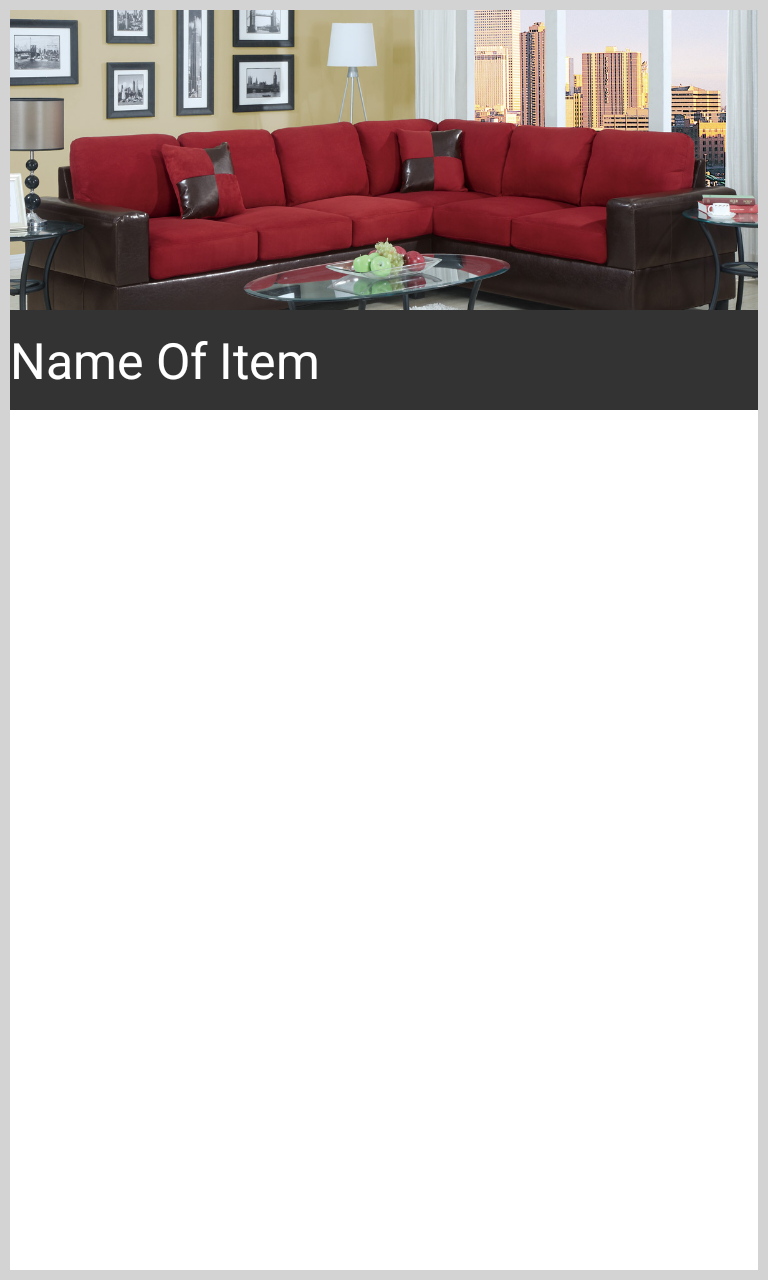
Repository: specialFX16/College-List
Layout: AndroidApp/CollegeList/res/layout/list_view_card.xml
The author's editor kept a copy of each file at every save. The layout is drawn from the files as they stood at one save, then again after the next save.
It is drawn on a 768 x 1280 px phone screen (xhdpi) without system bars, with theme AppTheme; the app's code is not run.

Above is the layout before, as saved 2015-03-03 02:56:05.

### AndroidApp/CollegeList/res/layout/list_view_card.xml
<?xml version="1.0" encoding="utf-8"?>
<FrameLayout xmlns:android="http://schemas.android.com/apk/res/android"
    android:layout_width="match_parent"
    android:layout_height="match_parent"
    android:paddingLeft="5dp"
    android:paddingRight="5dp"
    android:paddingTop="5dp"
    android:paddingBottom="5dp"
    android:background="#d3d3d3"
    >

    <RelativeLayout
        android:layout_width="match_parent"
        android:layout_height="match_parent"
        android:background="#ffffff"
         >

        <ImageView
            android:id="@+id/main_list_image"
            android:layout_width="match_parent"
            android:layout_height="200dp"
            android:layout_alignParentTop="true"
            android:layout_centerHorizontal="true"
            android:src="@drawable/test_couch5"
            android:adjustViewBounds="true"
            android:scaleType="centerCrop"
            />

        <RelativeLayout
            android:layout_width="match_parent"
            android:layout_height="50dp"
            android:layout_alignBottom="@+id/main_list_image"
            android:background="#333333"

             >

            <TextView
                android:id="@+id/title_of_posting"
                android:layout_width="wrap_content"
                android:layout_height="wrap_content"
                android:layout_alignParentLeft="true"
                android:layout_centerVertical="true"
                android:text="Name Of Item"
                android:textSize="25sp"
                android:textColor="#ffffff"
                 />

        </RelativeLayout>

    </RelativeLayout>

</FrameLayout>

Loaded but not shown: AndroidApp/CollegeList/res/values/styles.xml (common file); AndroidApp/CollegeList/res/values-v11/styles.xml (common file); AndroidApp/CollegeList/res/values-v14/styles.xml (common file)

After the next save:
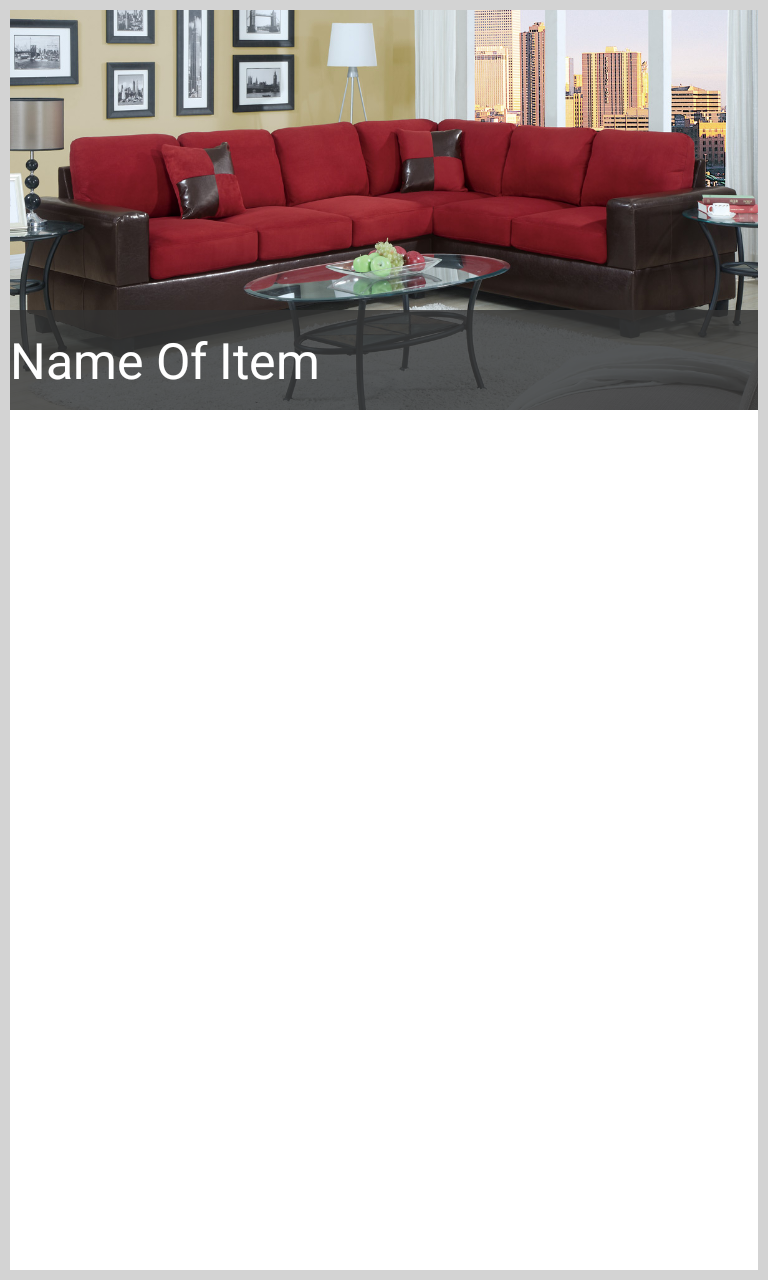
Saved 2 min 2 s later.
--- a/AndroidApp/CollegeList/res/layout/list_view_card.xml
+++ b/AndroidApp/CollegeList/res/layout/list_view_card.xml
@@ -30,7 +30,7 @@
             android:layout_width="match_parent"
             android:layout_height="50dp"
             android:layout_alignBottom="@+id/main_list_image"
-            android:background="#333333"
+            android:background="#CC333333"
 
              >
 
